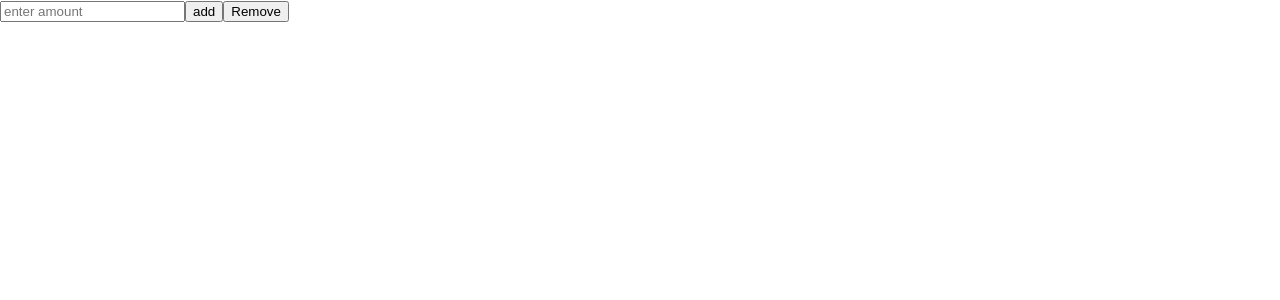
Repository: Anuruddha00/counter-app
Page: /
The author's editor kept a copy of each file at every save. The page is drawn from the files as they stood at one save, then again after the next save.
The browser window is 1280 px wide. The pictures show the whole page.
The project was rebuilt for these pictures with package versions that can differ from the ones it lists, and the page was loaded fresh each time.

Above is the page before, as saved 2021-07-07 21:10:58.

### src/App.js
import React, {useState} from 'react';
import Count from './count';
import Increase from './increase';
import Decrease from './decrease';

function App() {

  const [number , setNumber] = useState('');

  const inputHandler = (event)=>{
    setNumber(event.target.value)
  }

  return (
    <div>
      <Count input={inputHandler}/>
      <Increase num={number} increase={setNumber}/>
      <Decrease num={number} decrease={setNumber}/>
      <p>{number}</p>
    </div>
  );
}

export default App;

### src/count.js
import React from 'react';

const count = (props) =>{
    return(
        <input type='text' placeholder='enter amount' onChange={props.input} />
    )
}
export default count;

### src/increase.js
import React from 'react';

const increase = ({num,increase}) =>{
    return(
        <button onClick={()=> increase(parseInt(num) + 1)}>add</button>
    )
}
export default increase;

### src/decrease.js
import React from 'react';

const decrease = ({num,decrease}) =>{
    return(
        <button onClick={()=>decrease(num - 1)}>Remove</button>
    )
}
export default decrease;

Loaded but not shown: public/index.html (common file); src/index.js (common file); src/index.css (common file); src/reportWebVitals.js (common file)

After the next save:
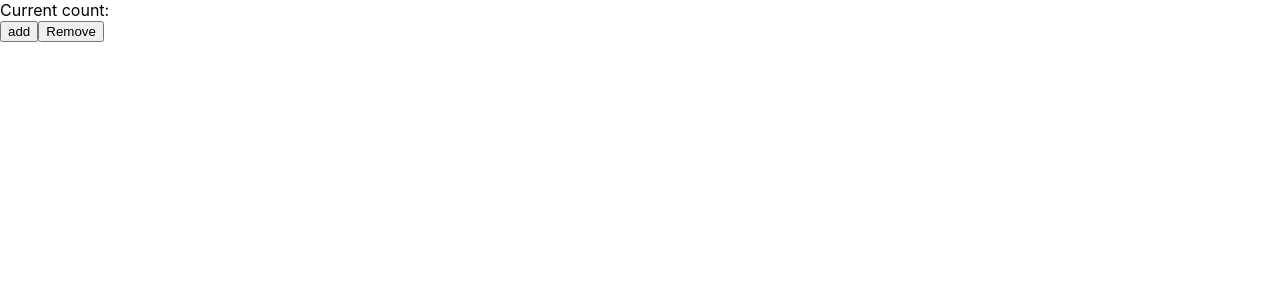
Saved 59 min 28 s later.
--- a/src/count.js
+++ b/src/count.js
@@ -1,8 +1,8 @@
 import React from 'react';
 
-const count = (props) =>{
+const counter = ({count}) => {
     return(
-        <input type='text' placeholder='enter amount' onChange={props.input} />
+      <div className='counter'>Current count: {count}</div>
     )
 }
-export default count;
+export default counter;

After the 4 saves that followed:
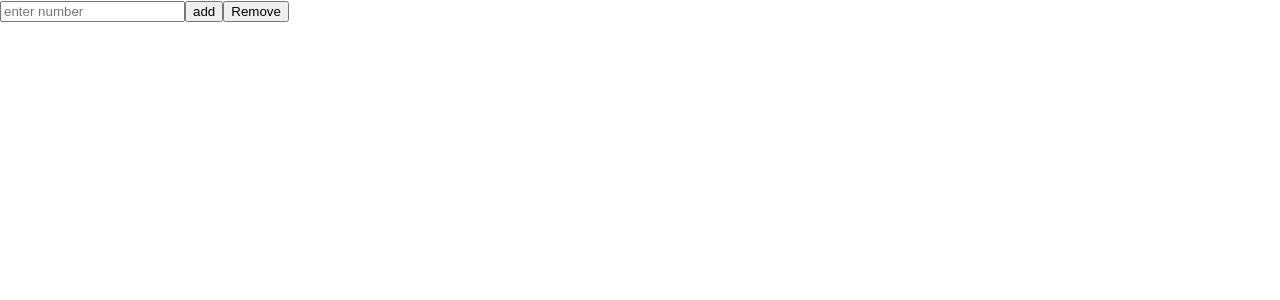
The 4 saves are shown as one change because 3 left the picture as it was.
The last was saved 7 min 51 s later.
--- a/src/App.js
+++ b/src/App.js
@@ -11,9 +11,10 @@ function App() {
     setNumber(event.target.value)
   }
 
+
   return (
     <div>
-      <Count input={inputHandler}/>
+      <Count count={inputHandler}/>
       <Increase num={number} increase={setNumber}/>
       <Decrease num={number} decrease={setNumber}/>
       <p>{number}</p>
--- a/src/count.js
+++ b/src/count.js
@@ -2,7 +2,7 @@
 
 const counter = ({count}) => {
     return(
-      <div className='counter'>Current count: {count}</div>
+        <input type='text' placeholder='enter number' onChange={count}/>
     )
 }
 export default counter;
